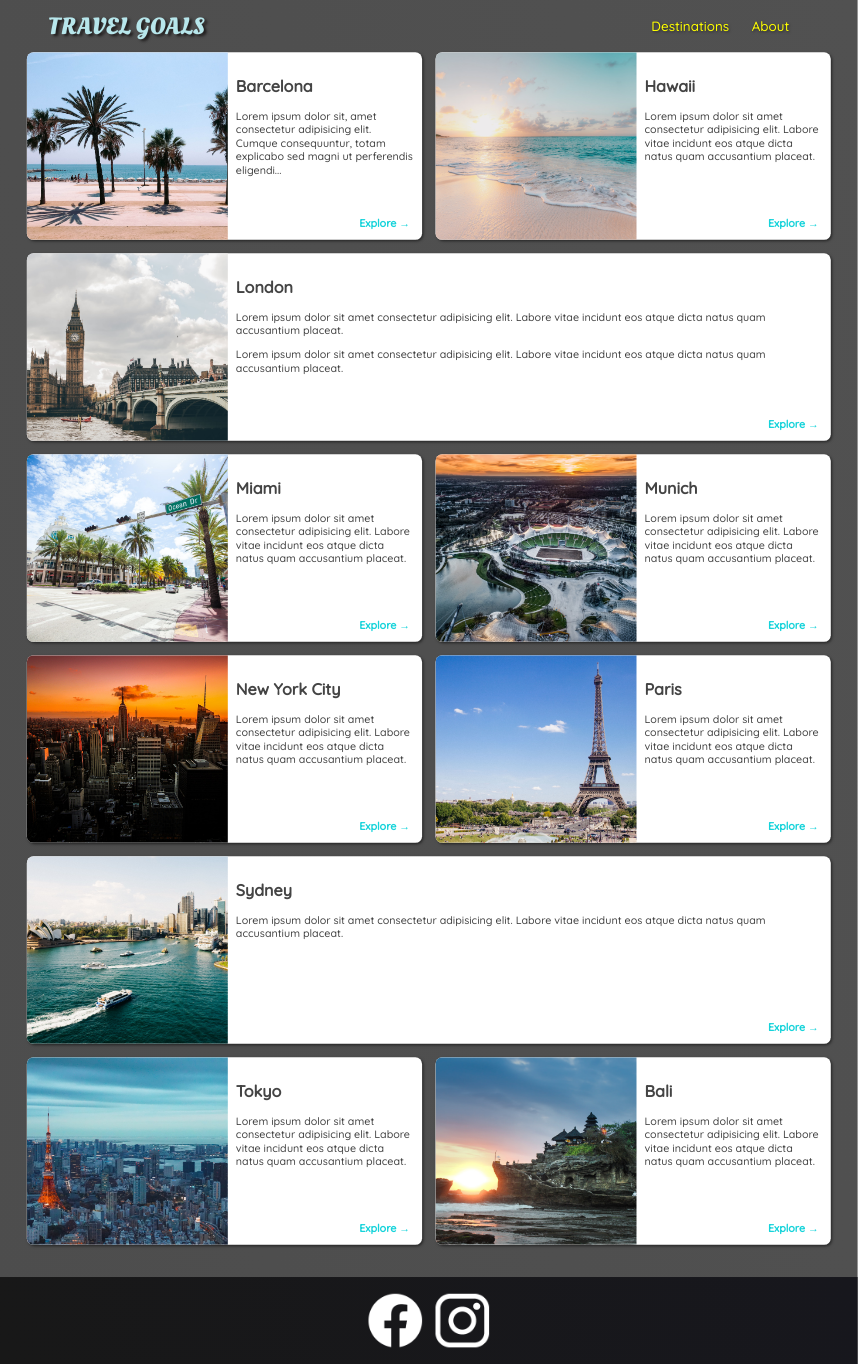
Repository: MicTomm/Travel-Goals
Page: places.html
The author's editor kept a copy of each file at every save. The page is drawn from the files as they stood at one save, then again after the next save.
The browser window is 1280 px wide. The pictures show the whole page, at 67% of full size.

Above is the page before, as saved 2023-06-09 11:45:46.

After the next save:
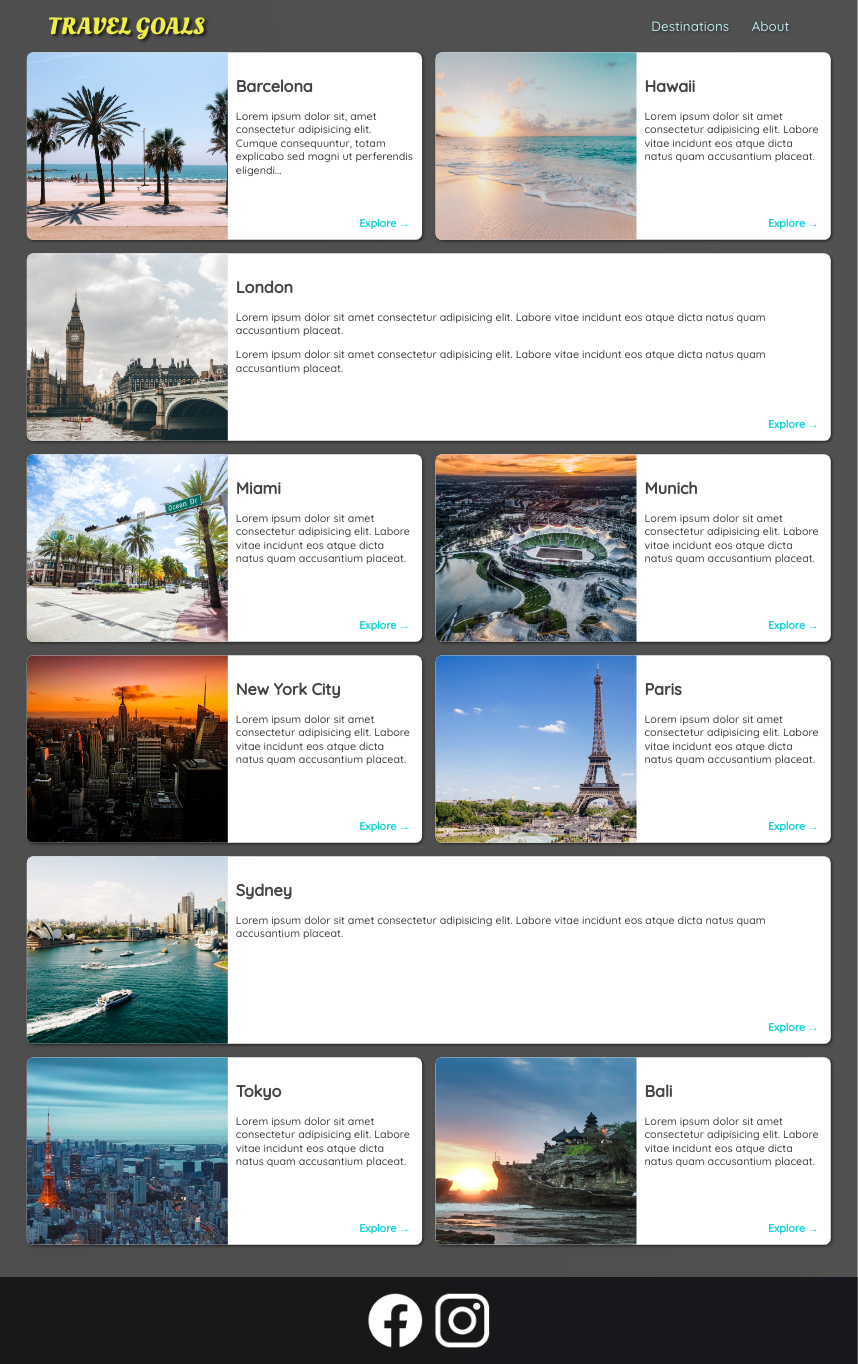
Saved 4 min 17 s later.
--- a/styles/places.css
+++ b/styles/places.css
@@ -68,6 +68,10 @@ main li img {
     background-color:rgb(227, 251, 251);
 }
 
-#logo a{
+header a{
     color: rgb(183, 230, 235);
 }
+
+header nav a:hover{
+    background-color: rgb(59, 59, 59);
+}
